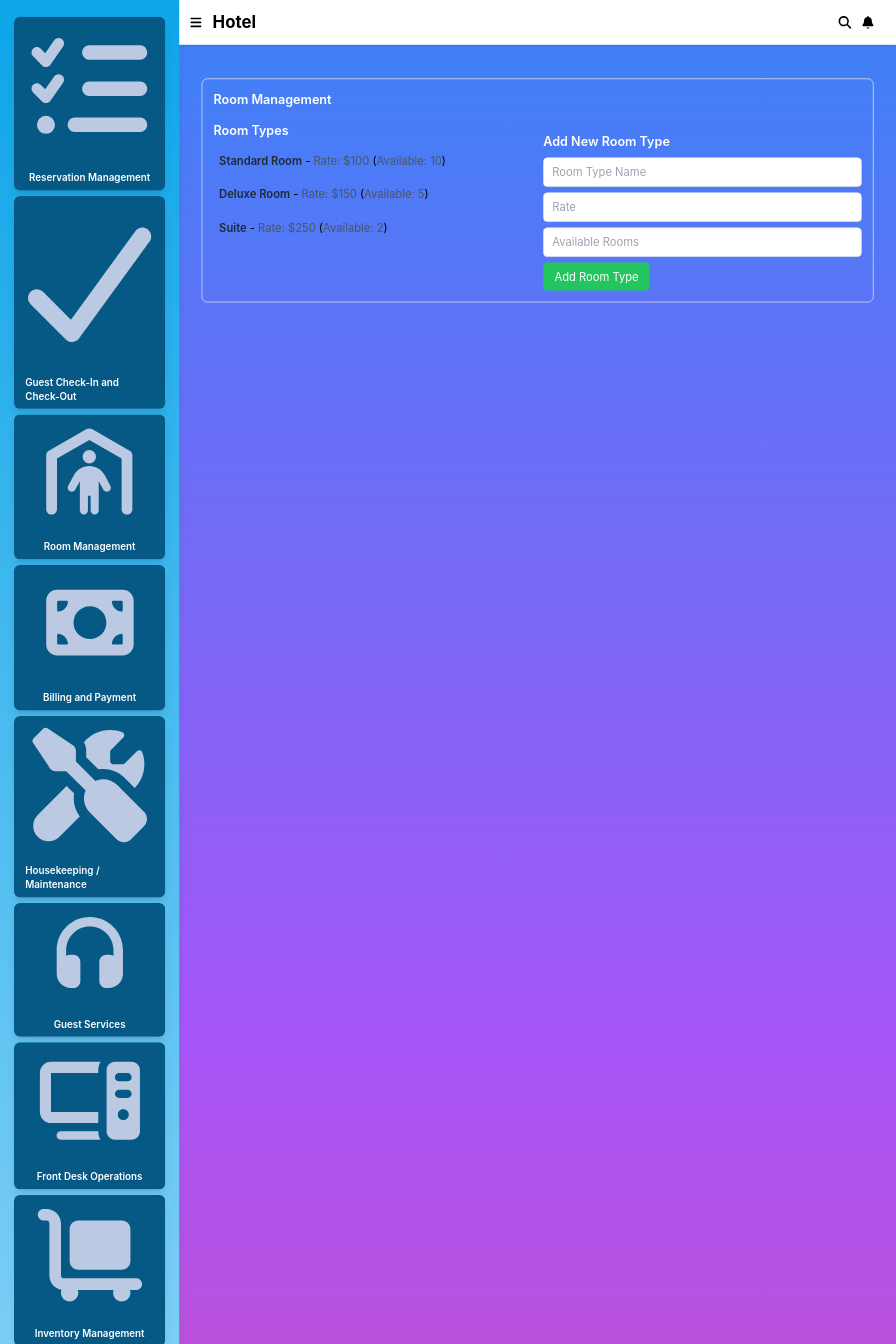
Repository: musabismael/Hotel
Page: /room_management
These files come from the project's save history. The page is drawn as it stood at one moment and after the next save; the edit follows.
The browser window is 1280 px wide. The pictures show the part of the page from y = 0 to 1920 px (the page is 3016 px tall), at 70% of full size.
The project was rebuilt for these pictures with package versions that can differ from the ones it lists, and the page was loaded fresh each time. Also part of the build but not shown: vite.config.js, src/App.css, src/pages/ReservationManagement.jsx, src/pages/GuestCheckInOut.jsx, src/pages/BillingPayment.jsx, src/pages/HousekeepingMaintenance.jsx, src/pages/GuestServices.jsx, src/pages/FrontDeskOperations.jsx and 5 more.

Above is the page before, as saved 2023-10-01 19:13:25.

After the next save:
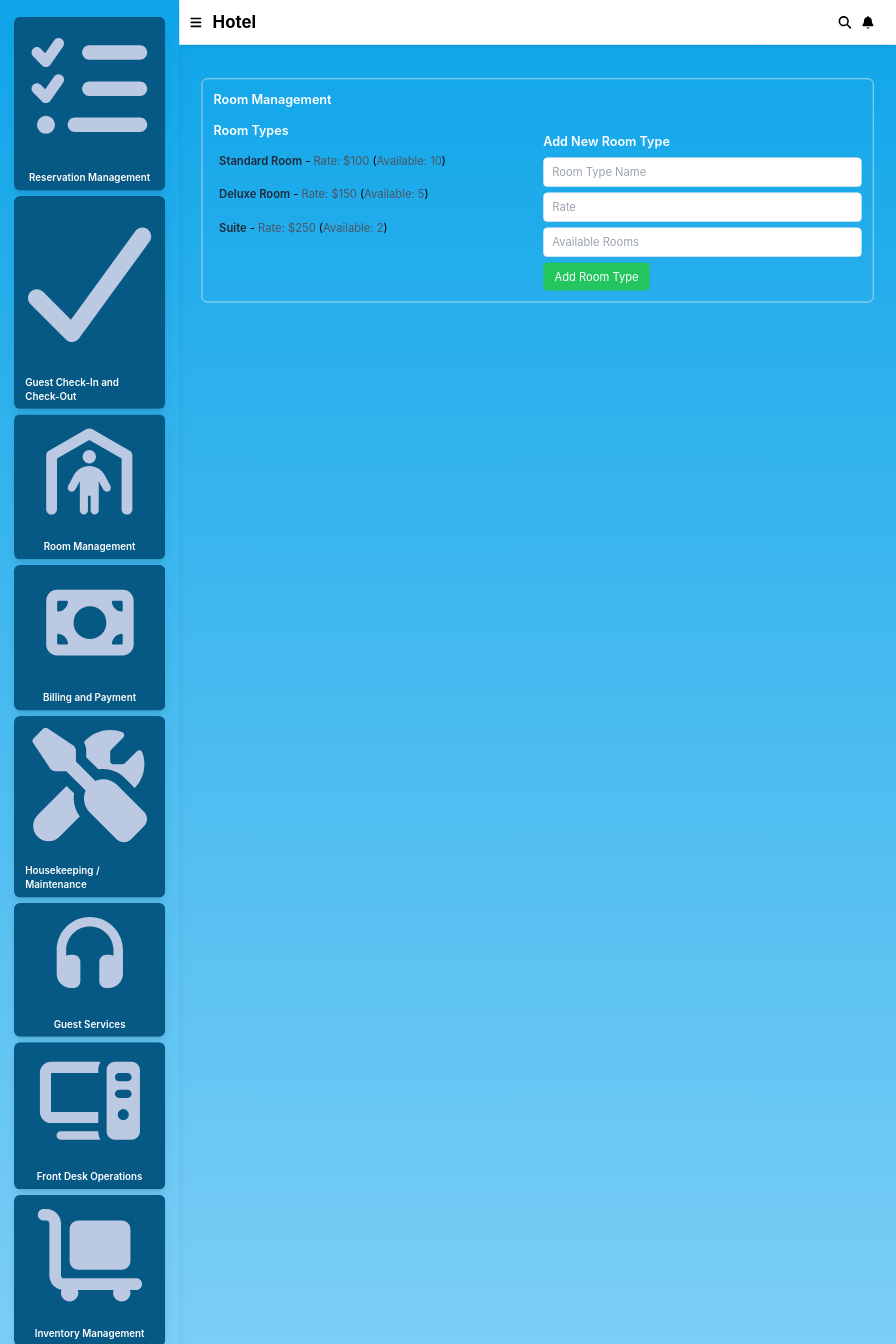
Saved 48 s later.
--- a/src/layouts/LandingPageLayout.jsx
+++ b/src/layouts/LandingPageLayout.jsx
@@ -3,7 +3,7 @@
 import Sidebar from "../component/Sidebar";
 const LandingPageLayout = () => {
   return (
-    <div className="flex bg-gradient-to-b from-blue-500 via-purple-500 to-pink-500">
+    <div className="flex bg-gradient-to-b from-sky-500 to-sky-200 to-pink-500">
       <Sidebar />
 
       <div className="flex-1">

After the save that followed:
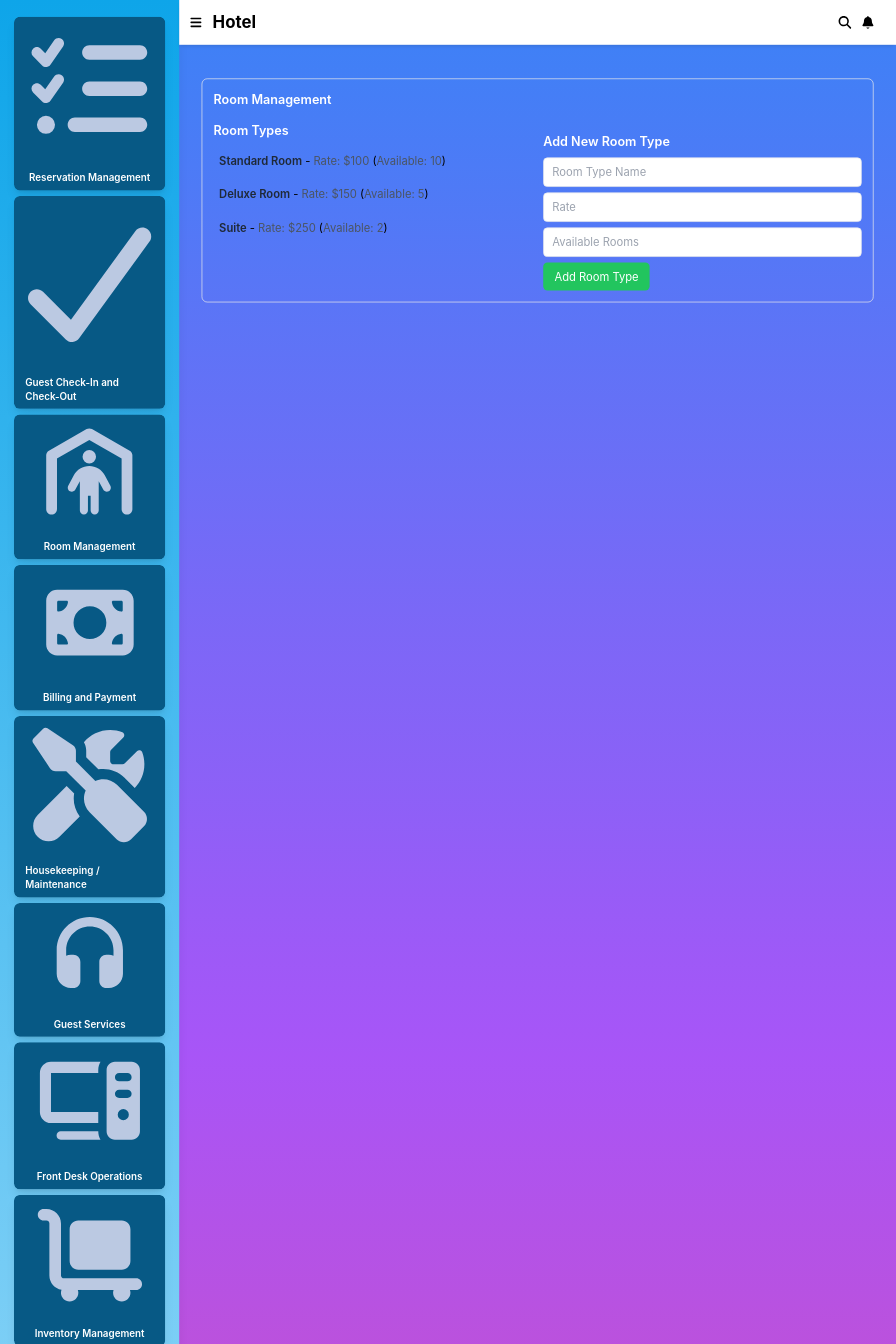
Saved 12 s later.
--- a/src/layouts/LandingPageLayout.jsx
+++ b/src/layouts/LandingPageLayout.jsx
@@ -3,7 +3,7 @@
 import Sidebar from "../component/Sidebar";
 const LandingPageLayout = () => {
   return (
-    <div className="flex bg-gradient-to-b from-sky-500 to-sky-200 to-pink-500">
+    <div className="flex bg-gradient-to-b from-blue-500 via-purple-500 to-pink-500">
       <Sidebar />
 
       <div className="flex-1">
